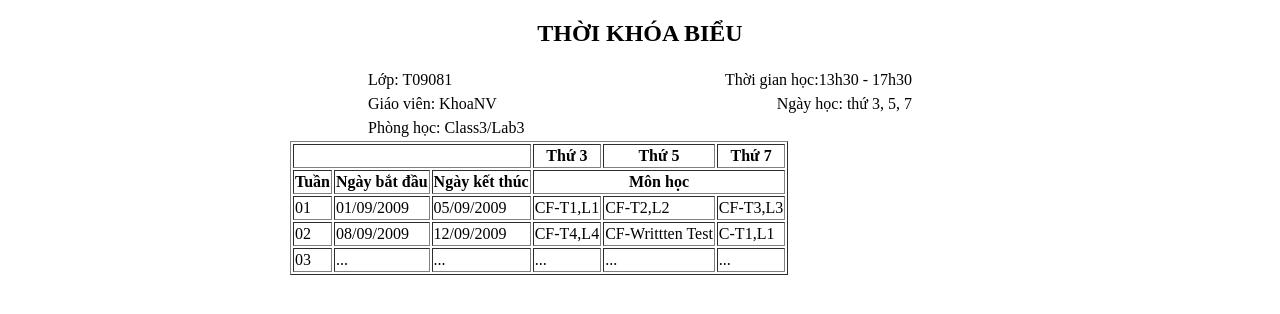
Repository: Lehuyhuynh/BT1-HTML
Page: index.html
An editor plug-in stored every save of this project. The page is shown before and after a run of saves, followed by the edit.
The browser window is 1280 px wide. The pictures show the whole page.

Above is the page before, as saved 2023-08-06 21:55:33.

After the next 3 saves:
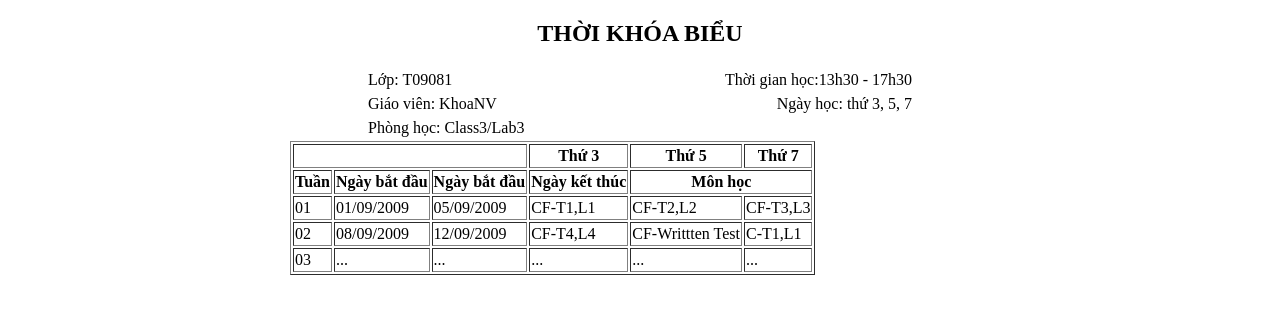
The 3 saves are shown as one change because they came seconds apart.
The last was saved 54 s later.
--- a/index.html
+++ b/index.html
@@ -65,7 +65,8 @@
 
           <tr>
             <th>Tuần</th>
-            <th>Ngày bắt đầu</th>
+            <th id="">Ngày bắt đầu</th>
+            <th id="">Ngày bắt đầu</th>
             <th>Ngày kết thúc</th>
             <th colspan="3">Môn học</th>
           </tr>
